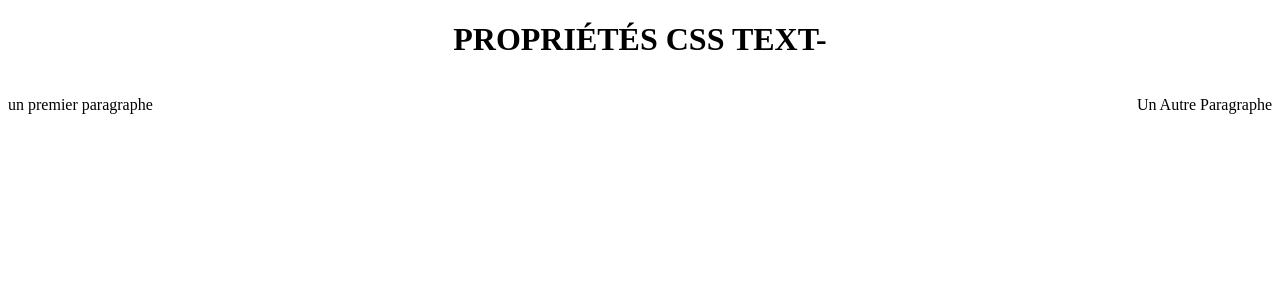
Repository: serviceshuios/-git-reference-java-lyon-worspace
Page: workspaceWeb/MaPremierePage/WebContent/Alignement.html
An editor plug-in stored every save of this project. The page is shown before and after the next save, followed by the edit.
The browser window is 1280 px wide. The pictures show the whole page.

Above is the page before, as saved 2017-04-03 17:41:17.

After the next save:
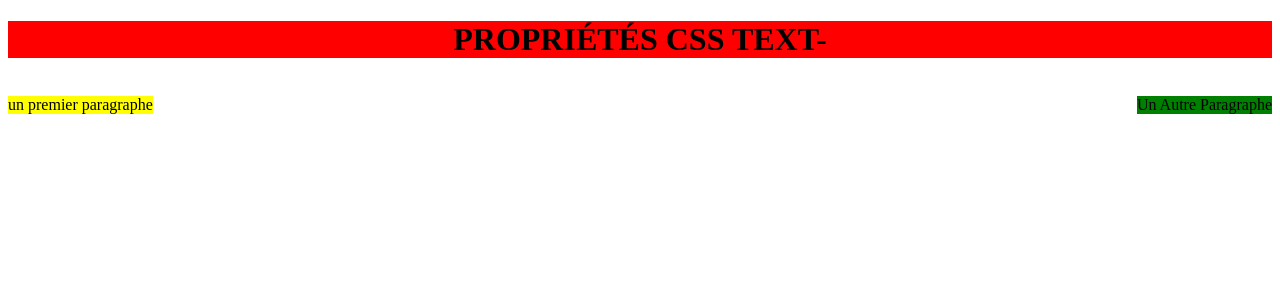
Saved 97 s later.
--- a/workspaceWeb/MaPremierePage/WebContent/css/style6.css
+++ b/workspaceWeb/MaPremierePage/WebContent/css/style6.css
@@ -2,14 +2,17 @@
 h1{
 	text-align:center;
 	text-transform:uppercase;
+	background-color:red;
 }
 .p1{
 	text-align:left;
 	text-transform:lowercase;
+	background-color:yellow;
 	float:left;
 }
 .p2{
 	text-align:right;
 	text-transform:capitalize;
+	background-color:green;
 	float:right;
 }
